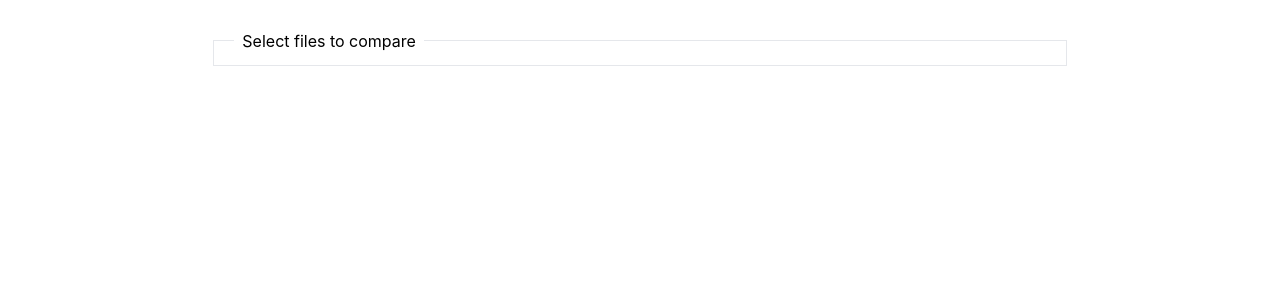
Repository: chionye/paymentology-front
Page: /
The author's editor kept a copy of each file at every save. The page is drawn from the files as they stood at one save, then again after a run of saves.
The browser window is 1280 px wide. The pictures show the whole page.
The project was rebuilt for these pictures with package versions that can differ from the ones it lists, and the page was loaded fresh each time.

Above is the page before, as saved 2022-03-16 13:33:33.

### src/index.css
@tailwind base;
@tailwind components;
@tailwind utilities;

body {
  margin: 0;
  font-family: -apple-system, BlinkMacSystemFont, 'Segoe UI', 'Roboto', 'Oxygen',
    'Ubuntu', 'Cantarell', 'Fira Sans', 'Droid Sans', 'Helvetica Neue',
    sans-serif;
  -webkit-font-smoothing: antialiased;
  -moz-osx-font-smoothing: grayscale;
}

input[type=file] {
  -webkit-appearance: none;
  position: relative;
  -webkit-box-sizing: border-box;
   }
   input[type=file]::-webkit-file-upload-button {
  width: 0;
  padding: 0;
  margin: 0;
  -webkit-appearance: none;
  border: none;
   }
   /* "x::-webkit-file-upload-button" forces the rules to only apply to browsers that support this pseudo-element */

### src/App.js
import CompareFiles from "./components/CompareFiles";


function App() {
  return (
    <CompareFiles />
  );
}

export default App;

### src/components/CompareFiles.js
import Button from "./Button";
import InputFile from "./InputFile";
import Section from "./Section";

const CompareFiles = () => {
    return(
        <Section title={"Select files to compare"}>
            <InputFile file={"Select file 1"} />
            <div className="flex flex-row items-center justify-between">
                <InputFile file={"Select file 2"} />
                <Button label={"Compare"} />
            </div>
        </Section>
    )
}

export default CompareFiles;

### src/components/Section.js

const Section = (props) => {
    return(
        <div className="relative w-4/6 h-auto p-3 border border-1 border-gray mx-auto my-10">
            <div className="absolute -top-3 left-5 bg-white px-2">{props.title}</div>

        </div>
    )
}

export default Section;

### src/components/Button.js
const Button = (props) => {
    return <button className="ml-1 bg-sky-600 hover:bg-sky-700 py-1 h-8 px-2 text-sm ">{props.label}</button>
}

export default Button;

### src/components/InputFile.js
import Button from "./Button";
const InputFile = (props) => {
    return(
        <div className="flex flex-row w-full md:w-3/4 items-center text-sm my-2 px-4">
            <label className="w-28">{props.file}</label>

            <input type="file"
                className="block w-full mx-3 appearance-none border border-1 border-gray-300 p-2  text-slate-500
                file:mr-4 file:py-2 file:px-4
                file:rounded-full file:border-0
                file:text-sm file:font-semibold
                file:bg-violet-50 file:text-violet-700
                hover:file:bg-violet-100 file:text-red-600
                "/>

            <Button label={"Browse..."} />
        </div>
    )
}

export default InputFile;

Loaded but not shown: public/index.html (common file); src/index.js (common file); src/reportWebVitals.js (common file); tailwind.config.js (common file)

After the next 2 saves:
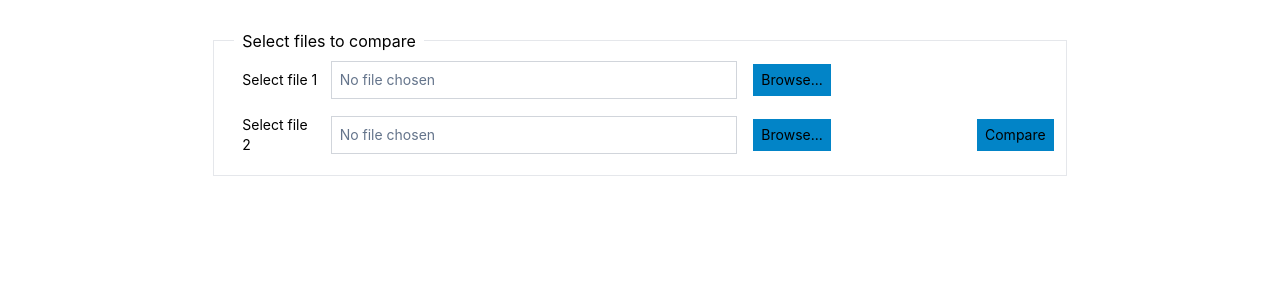
The 2 saves are shown as one change because they came seconds apart.
The last was saved 8 s later.
--- a/src/components/Section.js
+++ b/src/components/Section.js
@@ -3,7 +3,7 @@ const Section = (props) => {
     return(
         <div className="relative w-4/6 h-auto p-3 border border-1 border-gray mx-auto my-10">
             <div className="absolute -top-3 left-5 bg-white px-2">{props.title}</div>
-
+            {props.children}
         </div>
     )
 }
